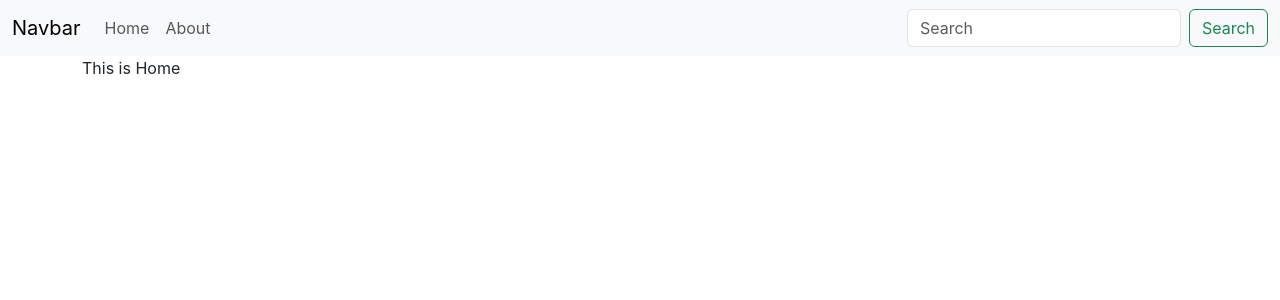
Repository: bhaveshdaipuria/inotebook
Page: /home
These files come from the project's save history. The page is drawn as it stood at one moment and after the next save; the edit follows.
The browser window is 1280 px wide. The pictures show the whole page.
The project was rebuilt for these pictures with package versions that can differ from the ones it lists, and the page was loaded fresh each time. Also part of the build but not shown: src/App.css, src/components/About.js.

Above is the page before, as saved 2023-05-03 12:12:21.

### public/index.html
<!DOCTYPE html>
<html lang="en">
  <head>
    <meta charset="utf-8" />
    <link rel="icon" href="%PUBLIC_URL%/favicon.ico" />
    <meta name="viewport" content="width=device-width, initial-scale=1" />
    <meta name="theme-color" content="#000000" />
    <meta
      name="description"
      content="Web site created using create-react-app"
    />
    <link rel="apple-touch-icon" href="%PUBLIC_URL%/logo192.png" />
    <link href="https://cdn.jsdelivr.net/npm/bootstrap@5.3.0-alpha3/dist/css/bootstrap.min.css" rel="stylesheet" integrity="sha384-KK94CHFLLe+nY2dmCWGMq91rCGa5gtU4mk92HdvYe+M/SXH301p5ILy+dN9+nJOZ" crossorigin="anonymous">
    <!--
      manifest.json provides metadata used when your web app is installed on a
      user's mobile device or desktop. See https://developers.google.com/web/fundamentals/web-app-manifest/
    -->
    <link rel="manifest" href="%PUBLIC_URL%/manifest.json" />
    <!--
      Notice the use of %PUBLIC_URL% in the tags above.
      It will be replaced with the URL of the `public` folder during the build.
      Only files inside the `public` folder can be referenced from the HTML.

      Unlike "/favicon.ico" or "favicon.ico", "%PUBLIC_URL%/favicon.ico" will
      work correctly both with client-side routing and a non-root public URL.
      Learn how to configure a non-root public URL by running `npm run build`.
    -->
    <title>iNotebook</title>
  </head>
  <body>
    <noscript>You need to enable JavaScript to run this app.</noscript>
    <div id="root"></div>
    <!--
      This HTML file is a template.
      If you open it directly in the browser, you will see an empty page.

      You can add webfonts, meta tags, or analytics to this file.
      The build step will place the bundled scripts into the <body> tag.

      To begin the development, run `npm start` or `yarn start`.
      To create a production bundle, use `npm run build` or `yarn build`.
    -->
  </body>
  <script src="https://cdn.jsdelivr.net/npm/bootstrap@5.3.0-alpha3/dist/js/bootstrap.bundle.min.js" integrity="sha384-ENjdO4Dr2bkBIFxQpeoTz1HIcje39Wm4jDKdf19U8gI4ddQ3GYNS7NTKfAdVQSZe" crossorigin="anonymous"></script>
</html>

### src/App.js
import './App.css';
import Navbar from './components/Navbar';
import Home  from './components/Home';
import { BrowserRouter, Routes, Route } from 'react-router-dom';
import About from './components/About';
import NoteState from './context/notes/NoteState';

function App() {
  return (
    <>
    <NoteState>
    <BrowserRouter>
    <Navbar/>
    <div className='container'>
      <Routes>
      <Route exact path = '/home' element={<Home/>}/>
      <Route exact path = '/about' element={<About/>}/>
    </Routes>
    </div>
    </BrowserRouter>
    </NoteState>
    </>
  );
}

export default App;

### src/components/Navbar.js
import React, { useEffect } from "react";
import { Link, useLocation } from "react-router-dom";

function Navbar() {
  let location = useLocation();
  useEffect(()=>{
    console.log(location.pathname)
  }, [location]);
  return (
    <nav className="navbar navbar-expand-lg bg-body-tertiary">
      <div className="container-fluid">
        <Link className="navbar-brand" to="/">
          Navbar
        </Link>
        <button
          className="navbar-toggler"
          type="button"
          data-bs-toggle="collapse"
          data-bs-target="#navbarSupportedContent"
          _aria-controls="navbarSupportedContent"
          aria-expanded="false"
          aria-label="Toggle navigation"
        >
          <span className="navbar-toggler-icon"></span>
        </button>
        <div className="collapse navbar-collapse" id="navbarSupportedContent">
          <ul className="navbar-nav me-auto mb-2 mb-lg-0">
            <li className="nav-item">
              <Link className={`nav-link ${location.pathname === '/'?"active":""}`} aria-current="page" to="/home">
                Home
              </Link>
            </li>
            <li className="nav-item">
              <Link className={`nav-link ${location.pathname === '/about'?"active":""}`} to="/about">
                About
              </Link>
            </li>
          </ul>
          <form className="d-flex" role="search">
            <input
              className="form-control me-2"
              type="search"
              placeholder="Search"
              aria-label="Search"
            />
            <button className="btn btn-outline-success" type="submit">
              Search
            </button>
          </form>
        </div>
      </div>
    </nav>
  );
}

export default Navbar;

### src/components/Home.js
import React from 'react'

function Home() {
  return (
    <div>
    This is Home
    </div>
  )
}

export default Home;

### src/context/notes/NoteState.js
import NoteContext from "./noteContext";
import { useState } from "react";

const  NoteState = (props)=>{

    return(
        <NoteContext.Provider value={{}}>
            {props.children}
        </NoteContext.Provider>
    )
}

export default NoteState;

Loaded but not shown: src/index.js (common file); src/index.css (common file); src/context/notes/noteContext.js (common file)

After the next save:
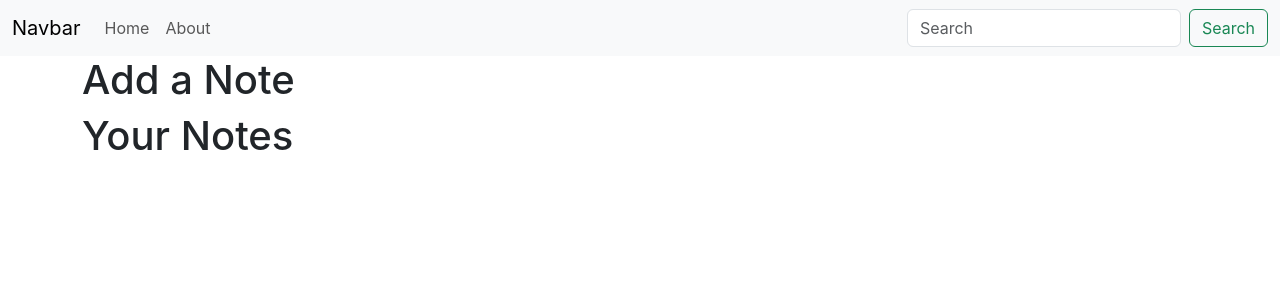
Saved 107 s later.
--- a/src/components/Home.js
+++ b/src/components/Home.js
@@ -3,7 +3,9 @@ import React from 'react'
 function Home() {
   return (
     <div>
-    This is Home
+    <h1>Add a Note</h1>
+
+    <h1>Your Notes</h1>
     </div>
   )
 }
